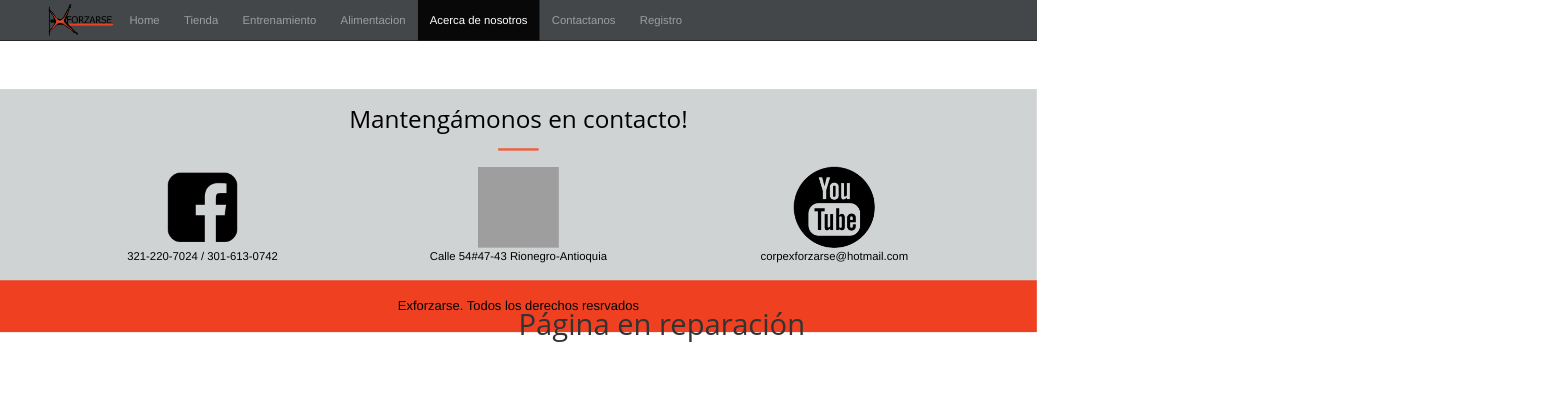
Repository: mahc36/exforzarse
Page: Exforzarse/WebContent/paginas/acercaDeNosotros.html
An editor plug-in stored every save of this project. The page is shown before and after the next save, followed by the edit.
The browser window is 1280 px wide. The page is 1280 px wide, then 1920 px, then 1280 px, so the pictures cover 1920 px, including what lies to the right of the window. The pictures show the whole page, at 81% of full size.
Pictures or frames that could not be fetched are drawn as grey boxes.

Above is the page before, as saved 2017-08-19 16:18:00.

After the next save:
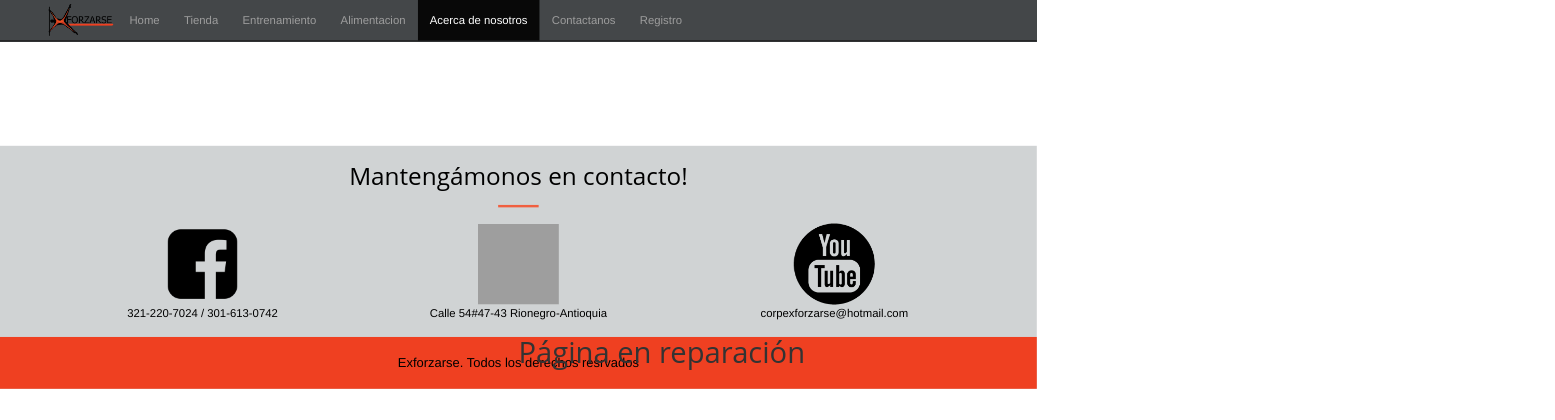
Saved 10 s later.
--- a/Exforzarse/WebContent/paginas/acercaDeNosotros.html
+++ b/Exforzarse/WebContent/paginas/acercaDeNosotros.html
@@ -44,7 +44,7 @@
         </div>
     </nav>
 
-    <H1 style="position: absolute; top: 50%; left: 50%;;">Página en reparación</H1>
+    <H1 style="position: relative; top: 50%; left: 50%;;">Página en reparación</H1>
 
     <br><br>
     <footer style="background-color: #D0D3D4;">

After the save that followed:
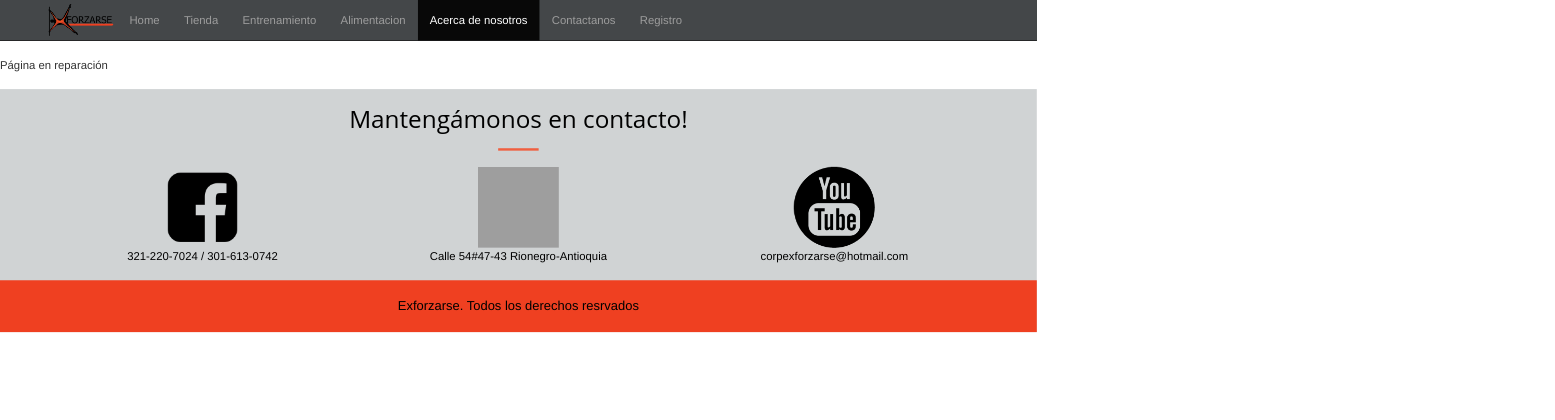
Saved 14 s later.
--- a/Exforzarse/WebContent/paginas/acercaDeNosotros.html
+++ b/Exforzarse/WebContent/paginas/acercaDeNosotros.html
@@ -44,7 +44,7 @@
         </div>
     </nav>
 
-    <H1 style="position: relative; top: 50%; left: 50%;;">Página en reparación</H1>
+    <H1">Página en reparación</H1>
 
     <br><br>
     <footer style="background-color: #D0D3D4;">
